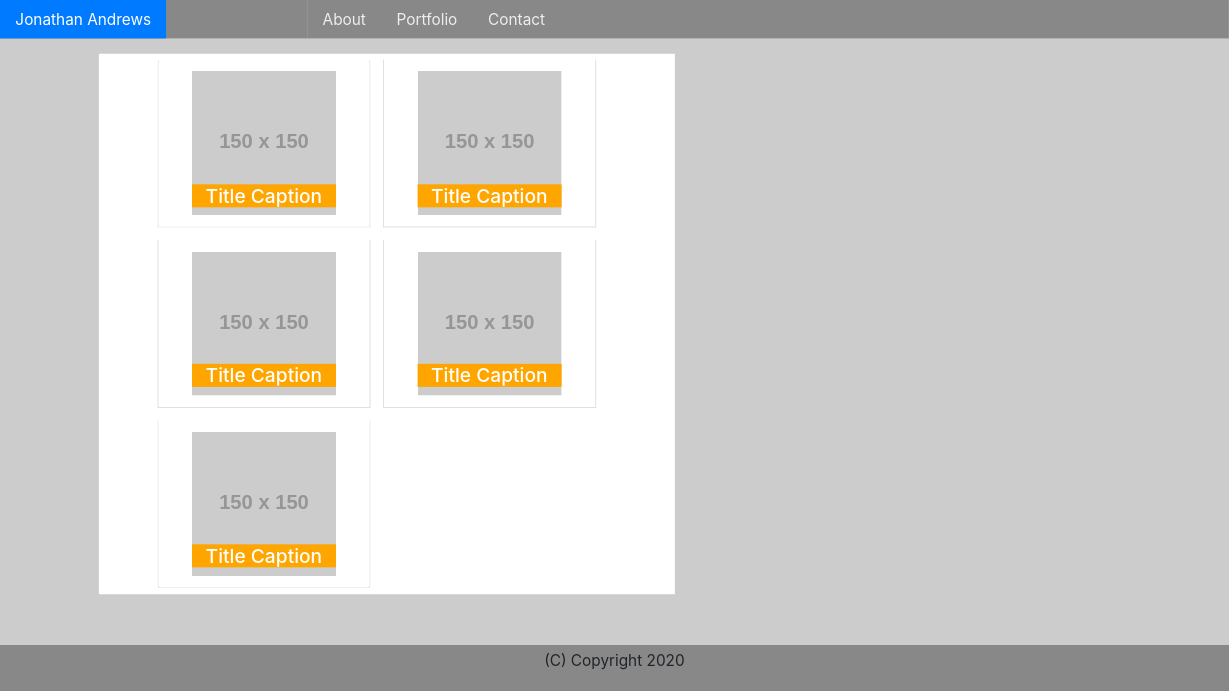
Repository: ionathas78/ionathas78.github.io
Page: portfolio.html
These files come from the project's save history. The page is drawn as it stood at one moment and after the next save; the edit follows.
The browser window is 1280 px wide. The pictures show the whole page, at 96% of full size.

Above is the page before, as saved 2020-03-17 18:48:19.

### portfolio.html
<!DOCTYPE html>
<html lang="en">
<head>
    <meta charset="UTF-8">
    <meta name="viewport" content="width=device-width, initial-scale=1.0">
    <title>Jonathan Andrews</title>

    <link rel="stylesheet" href="https://stackpath.bootstrapcdn.com/bootstrap/4.4.1/css/bootstrap.min.css" integrity="sha384-Vkoo8x4CGsO3+Hhxv8T/Q5PaXtkKtu6ug5TOeNV6gBiFeWPGFN9MuhOf23Q9Ifjh" crossorigin="anonymous">
    <style type="text/CSS">.list-group-item, li:first-child {border-top: 0;}</style>
</head>
<body style="background-color: #ccc">
    <header>
        <ul class="nav col-sm-12 col-med-3 col-lg-3 float-left" style="background-color: #888;">
            <li class="nav-item bg-primary">
              <a class="nav-link active" href="#" style="color: white;">Jonathan Andrews</a>
            </li>
        </ul>
        <ul class="nav col-sm-12 col-med-9 col-lg-9 float-left" style="background-color: #888;">
            <li class="nav-item">
              <a class="nav-link" href="index.html" style="color: #eee;">About</a>
            </li>
            <li class="nav-item">
              <a class="nav-link active" href="portfolio.html" style="color: #eee;">Portfolio</a>
            </li>
            <li class="nav-item">
                <a class="nav-link" href="contact.html" style="color: #eee;">Contact</a>
            </li>
        </ul>
    </header>

    <div class="container">
        <div class="row" style="clear:both;">
            <div class="col-md-7">
                <div class="container clearfix" style="max-width: 600px; background-color: white;">
                    <!-- <ul class="list-group list-group-horizontal float-left"> -->
                    <ul>
                        <li class="list-group-item float-left" style="margin: 0.5vw;">
                            <div class="container">
                                <a style="position: relative;" href="" target="_blank"><img src="https://via.placeholder.com/150" alt="Placeholder Item Image"/></a>
                                <h5 style="position: absolute; background-color: orange; color: white; bottom: 1vw; width: 150px; text-align: center;">Title Caption</h5>
                            </div>
                        </li>
                        <li class="list-group-item float-left" style="margin: 0.5vw;">
                            <div class="container">
                                <a style="position: relative;" href="" target="_blank"><img src="https://via.placeholder.com/150" alt="Placeholder Item Image"/></a>
                                <h5 style="position: absolute; background-color: orange; color: white; bottom: 1vw; width: 150px; text-align: center;">Title Caption</h5>
                            </div>
                        </li>
                        <li class="list-group-item float-left" style="margin: 0.5vw;">
                            <div class="container">
                                <a style="position: relative;" href="" target="_blank"><img src="https://via.placeholder.com/150" alt="Placeholder Item Image"/></a>
                                <h5 style="position: absolute; background-color: orange; color: white; bottom: 1vw; width: 150px; text-align: center;">Title Caption</h5>
                            </div>
                        </li>
                        <li class="list-group-item float-left" style="margin: 0.5vw;">
                            <div class="container">
                                <a style="position: relative;" href="" target="_blank"><img src="https://via.placeholder.com/150" alt="Placeholder Item Image"/></a>
                                <h5 style="position: absolute; background-color: orange; color: white; bottom: 1vw; width: 150px; text-align: center;">Title Caption</h5>
                            </div>
                        </li>
                        <li class="list-group-item float-left" style="margin: 0.5vw;">
                            <div class="container">
                                <a style="position: relative;" href="" target="_blank"><img src="https://via.placeholder.com/150" alt="Placeholder Item Image"/></a>
                                <h5 style="position: absolute; background-color: orange; color: white; bottom: 1vw; width: 150px; text-align: center;">Title Caption</h5>
                            </div>
                        </li>
                      </ul>
                </div>
            </div>
        </div>
    </div>

    <footer style="position: fixed; bottom: 0; background-color: #888; width: 100%;">
        <p style="line-height: 200%; text-align: center;">
            (C) Copyright 2020
        </p>
    </footer>
    <!-- JS Scripts -->

    <script src="https://code.jquery.com/jquery-3.4.1.slim.min.js" integrity="sha384-J6qa4849blE2+poT4WnyKhv5vZF5SrPo0iEjwBvKU7imGFAV0wwj1yYfoRSJoZ+n" crossorigin="anonymous"></script>
    <script src="https://cdn.jsdelivr.net/npm/popper.js@1.16.0/dist/umd/popper.min.js" integrity="sha384-Q6E9RHvbIyZFJoft+2mJbHaEWldlvI9IOYy5n3zV9zzTtmI3UksdQRVvoxMfooAo" crossorigin="anonymous"></script>
    <script src="https://stackpath.bootstrapcdn.com/bootstrap/4.4.1/js/bootstrap.min.js" integrity="sha384-wfSDF2E50Y2D1uUdj0O3uMBJnjuUD4Ih7YwaYd1iqfktj0Uod8GCExl3Og8ifwB6" crossorigin="anonymous"></script>
</body>
</html>

After the next save:
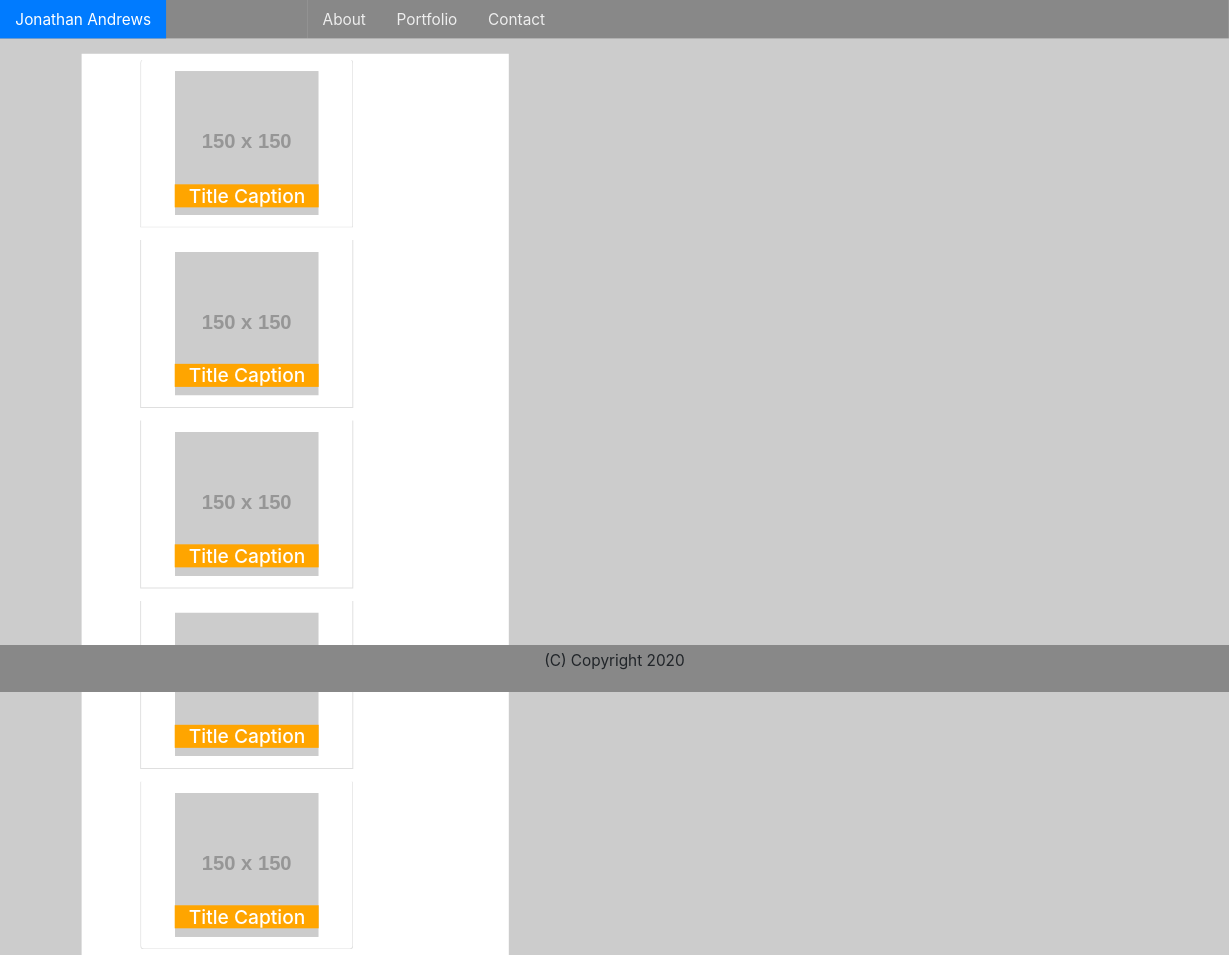
Saved 101 s later.
--- a/portfolio.html
+++ b/portfolio.html
@@ -30,7 +30,7 @@
 
     <div class="container">
         <div class="row" style="clear:both;">
-            <div class="col-md-7">
+            <div class="col-sm-9 col-md-7 col-lg-5">
                 <div class="container clearfix" style="max-width: 600px; background-color: white;">
                     <!-- <ul class="list-group list-group-horizontal float-left"> -->
                     <ul>

After the save that followed:
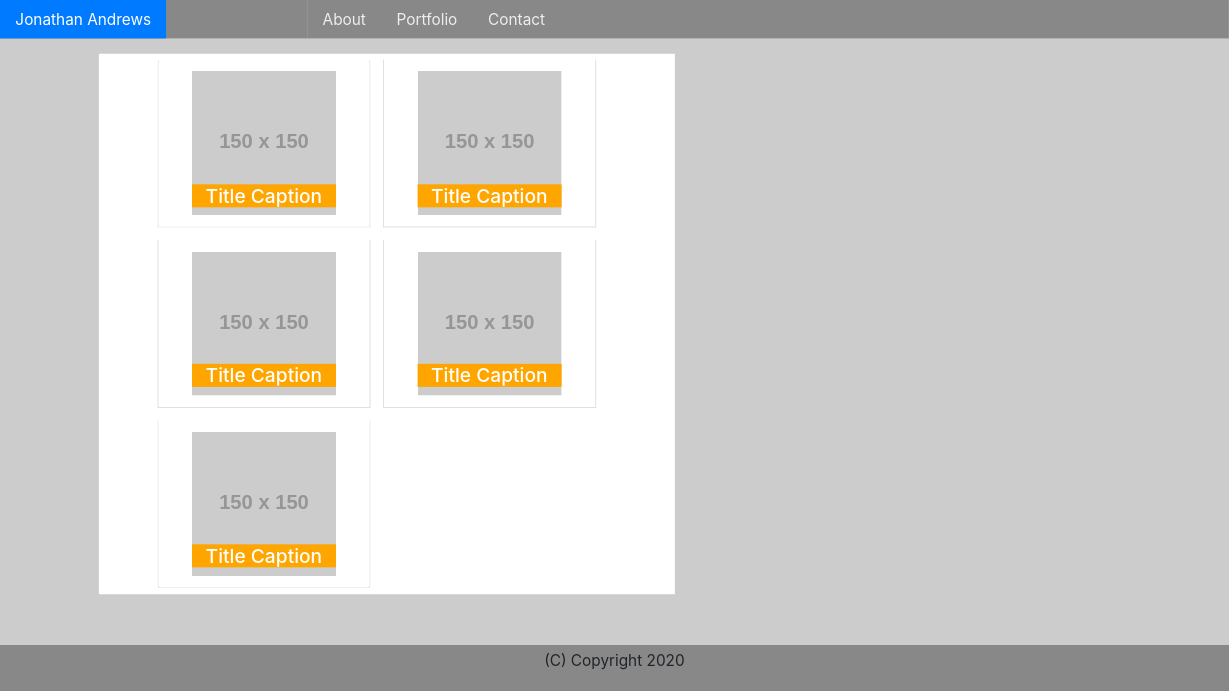
Saved 36 s later.
--- a/portfolio.html
+++ b/portfolio.html
@@ -30,7 +30,7 @@
 
     <div class="container">
         <div class="row" style="clear:both;">
-            <div class="col-sm-9 col-md-7 col-lg-5">
+            <div class="col-sm-7 col-md-7 col-lg-7">
                 <div class="container clearfix" style="max-width: 600px; background-color: white;">
                     <!-- <ul class="list-group list-group-horizontal float-left"> -->
                     <ul>
